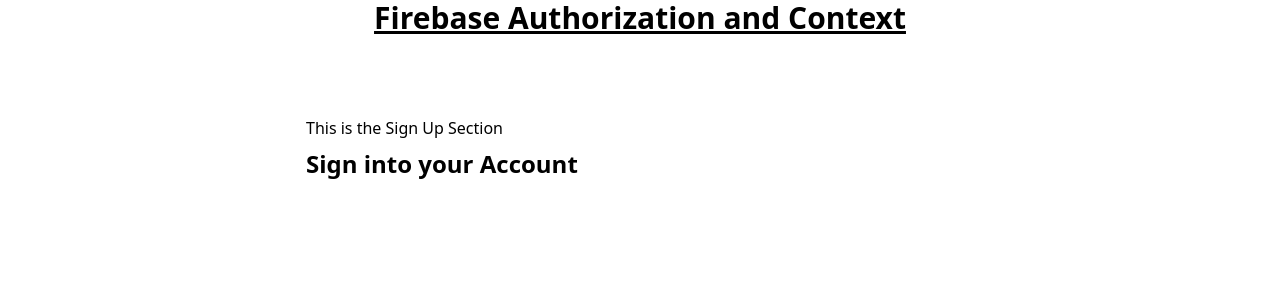
Repository: mottad14/practice_google_firebase
Page: /signup
The author's editor kept a copy of each file at every save. The page is drawn from the files as they stood at one save, then again after the next save.
The browser window is 1280 px wide. The pictures show the whole page.
The project was rebuilt for these pictures with package versions that can differ from the ones it lists, and the page was loaded fresh each time. Also part of the build but not shown: src/components/Signin.jsx, src/components/Account.jsx.

Above is the page before, as saved 2022-07-27 08:59:20.

### src/index.js
import React from 'react';
import ReactDOM from 'react-dom/client';
import './index.css';
import App from './App';
import {BrowserRouter} from "react-router-dom"

const root = ReactDOM.createRoot(document.getElementById('root'))
root.render(
  <BrowserRouter>
    <App/>
  </BrowserRouter>);

### src/App.js
import React from "react";
import Signin from "./components/Signin";
import Signup from "./components/Signup";
import Account from "./components/Account"
import { Route, Routes } from "react-router-dom";

function App() {
  return (
    <div className="App">
          <h1 className="text-3xl text-center font-bold underline">
            Firebase Authorization and Context
            </h1>
            <Routes>
              <Route path="/" element={<Signin/>}  />
              <Route path="/signup" element={<Signup/>}  />
              <Route path="/account" element={<Account/>}  />
            </Routes>
    </div>
  );
}

export default App;

### src/components/Signup.jsx
import React from 'react'

const Signup = () => {
  return (
    <div className='max-w-[700px] mx-auto my-16 p-4 '>

      This is the Sign Up Section
      <div>
        <h1 className='text-2xl font-bold py-2'>Sign into your Account</h1>
      </div>

    </div>
  )
}

export default Signup

### tailwind.config.js
/** @type {import('tailwindcss').Config} */
module.exports = {
  content: [
    "./src/**/*.{js,jsx,ts,tsx}",
],
  theme: {
    extend: {},
  },
  plugins: [],
}

Loaded but not shown: public/index.html (common file); src/index.css (common file)

After the next save:
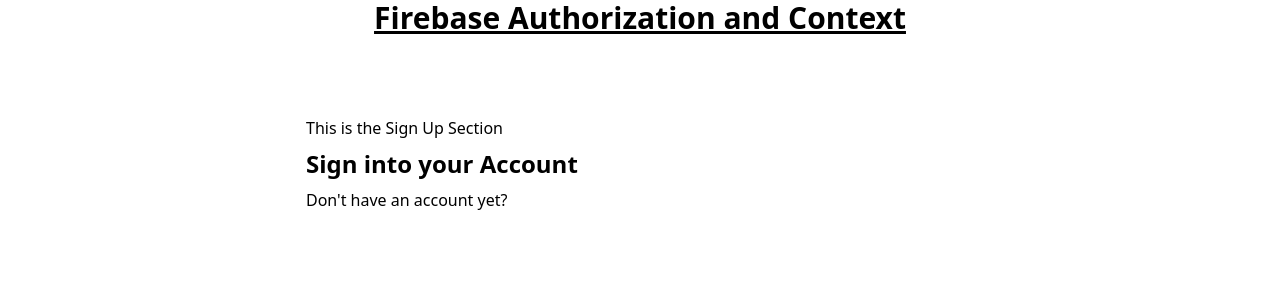
Saved 28 s later.
--- a/src/components/Signup.jsx
+++ b/src/components/Signup.jsx
@@ -7,6 +7,9 @@
       This is the Sign Up Section
       <div>
         <h1 className='text-2xl font-bold py-2'>Sign into your Account</h1>
+        <p>
+          Don't have an account yet?
+        </p>
       </div>
 
     </div>
